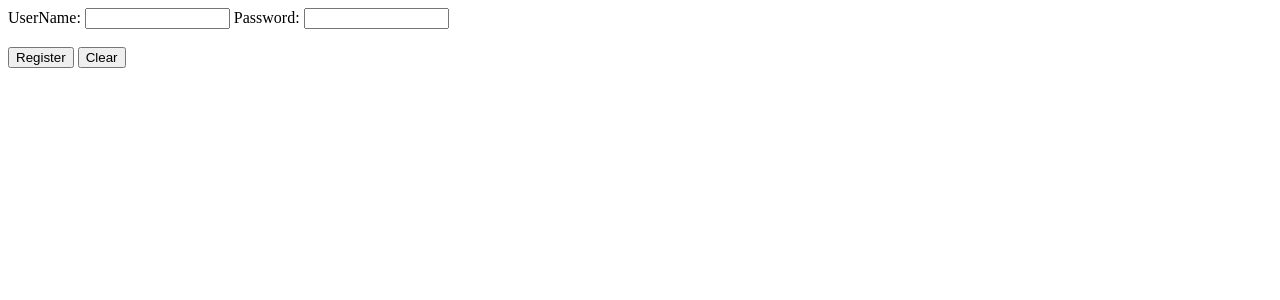
Repository: vanarla/Day8
Page: LoginApp/WebContent/registration.html
The author's editor kept a copy of each file at every save. The page is drawn from the files as they stood at one save, then again after the next save.
The browser window is 1280 px wide. The pictures show the whole page.

Above is the page before, as saved 2018-09-05 10:19:12.

### LoginApp/WebContent/registration.html
<!DOCTYPE html>
<html>
<head>
<meta charset="ISO-8859-1">
<title>Registration Page</title>
</head>
<body>
<form action="login" method="post">

<label>UserName:</label>
<input type="text" name="username" size="15"/>
<label>Password:</label>
<input type="text" name="password" size="15"/>
<br><br>
<input type="submit" value="Register"/>
<input type="reset" value="Clear"/>

</form>
</body>
</html>

After the next save:
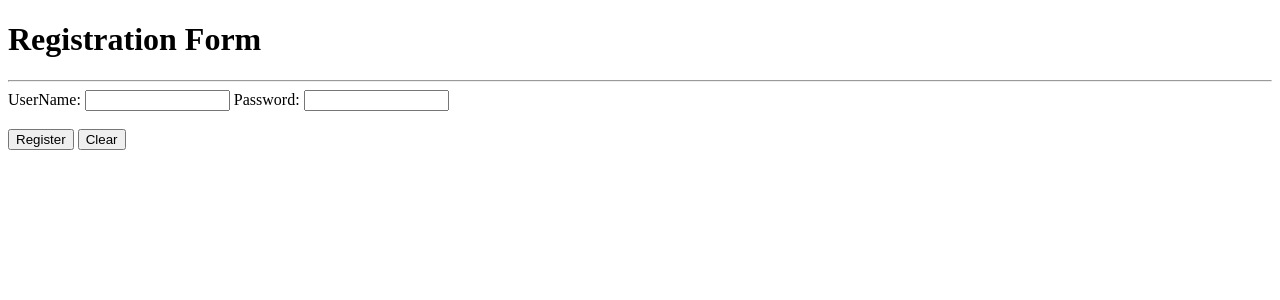
Saved 59 s later.
--- a/LoginApp/WebContent/registration.html
+++ b/LoginApp/WebContent/registration.html
@@ -5,6 +5,8 @@
 <title>Registration Page</title>
 </head>
 <body>
+<h1>Registration Form</h1>
+<hr>
 <form action="login" method="post">
 
 <label>UserName:</label>
